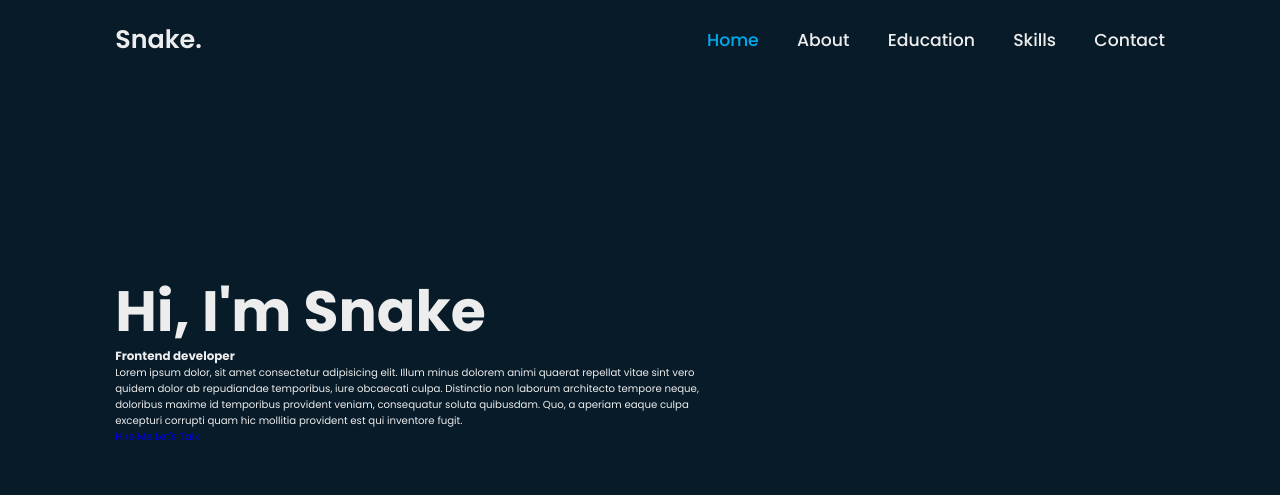
Repository: Tanty102/About_Me
Page: index.html
These files come from the project's save history. The page is drawn as it stood at one moment and after a run of saves; the edit follows.
The browser window is 1280 px wide. The pictures show the whole page.

Above is the page before, as saved 2023-09-12 16:38:56.

### index.html
<!DOCTYPE html>
<html lang="en">
  <head>
    <meta charset="UTF-8" />
    <meta name="viewport" content="width=device-width, initial-scale=1.0" />
    <link rel="stylesheet" href="style.css" />
    <title>CV Snake</title>
  </head>

  <!-- box icons -->
  <link href='https://unpkg.com/boxicons@2.1.4/css/boxicons.min.css' rel='stylesheet'>
  <body>
    <!-- Header design -->
    <header class="header">
      <a href="#" class="logo">Snake.</a>

      <div class="bx bx-menu" id="menu-icon"></div>

      <nav class="navbar">
        <a href="#home" class="active">Home</a>
        <a href="#about">About</a>
        <a href="#education">Education</a>
        <a href="#skills">Skills</a>
        <a href="#contact">Contact</a>
      </nav>
    </header>

    <!-- home section design -->
    <section class="home" id="home">
      <div class="home-content">
        <h1>Hi, I'm <span>Snake</span></h1>
        <div class="text-animate">
          <h3>Frontend developer</h3>
        </div>
        <p>Lorem ipsum dolor, sit amet consectetur adipisicing elit. Illum minus dolorem animi quaerat repellat vitae sint vero quidem dolor ab repudiandae temporibus, iure obcaecati culpa. Distinctio non laborum architecto tempore neque, doloribus maxime id temporibus provident veniam, consequatur soluta quibusdam. Quo, a aperiam eaque culpa excepturi corrupti quam hic mollitia provident est qui inventore fugit.</p>

        <div class="btn-box">
          <a href="#" class="btn">Hire Me</a>
          <a href="#" class="btn">Let's Talk</a>
        </div>
      </div>
    </section>

    <script src="main.js"></script>
  </body>
</html>

### style.css
@import url("https://fonts.googleapis.com/css2?family=Poppins:wght@300;400;500;600;700;800;900&display=swap");

* {
  margin: 0;
  padding: 0;
  box-sizing: border-box;
  text-decoration: none;
  border: none;
  outline: none;
  scroll-behavior: smooth;
  font-family: "Poppins", sans-serif;
}

:root {
  --bg-color: #081b29;
  --second-bg-color: #112e42;
  --text-color: #ededed;
  --main-color: #00abf0;
}

html {
  font-size: 63.5%;
  overflow-x: hidden;
}

body {
  background: var(--bg-color);
  color: var(--text-color);
}

.header {
  position: fixed;
  top: 0;
  left: 0;
  width: 100%;
  padding: 2rem 9%;
  background: transparent;
  display: flex;
  justify-content: space-between;
  align-items: center;
  z-index: 100;
}

.logo {
  font-size: 2.5rem;
  color: var(--text-color);
  font-weight: 600;
}

.navbar a {
  font-size: 1.7rem;
  color: var(--text-color);
  font-weight: 500;
  margin-left: 3.5rem;
  transition: 0.3s;
}

.navbar a:hover,
.navbar a.active{
  color: var(--main-color);
}

#menu-icon {
  font-size: 3.6rem;
  color: var(--text-color);
  cursor: pointer;
  display: none;
}

section {
  min-height: 100vh;
  padding: 10rem 9% 2rem;
}

.home {
  display: flex;
  align-items: center;
  padding: 0 9%;
}

.home-content {
  max-width: 60rem;
}

.home-content h1 {
  font-size: 5.6rem;
  font-weight: 700;
  line-height: 1.3;
}

.home-content .text-animate {
  position: relative;
  width: 32.8rem;
}

.home-content .text-animate h3 {
  fs
}

Loaded but not shown: main.js (no copy from this time; the picture is the same without it)

After the next 3 saves:
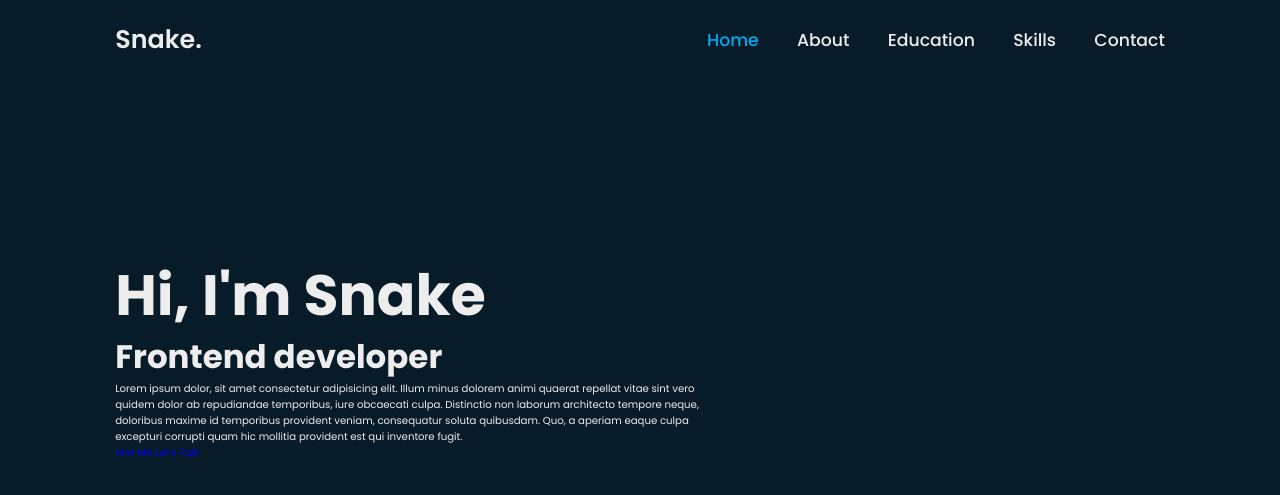
The 3 saves are shown as one change because they came seconds apart.
The last was saved 11 s later.
--- a/style.css
+++ b/style.css
@@ -94,5 +94,6 @@ section {
 }
 
 .home-content .text-animate h3 {
-  fs
+  font-size: 3.2rem;
+  fw
 }
